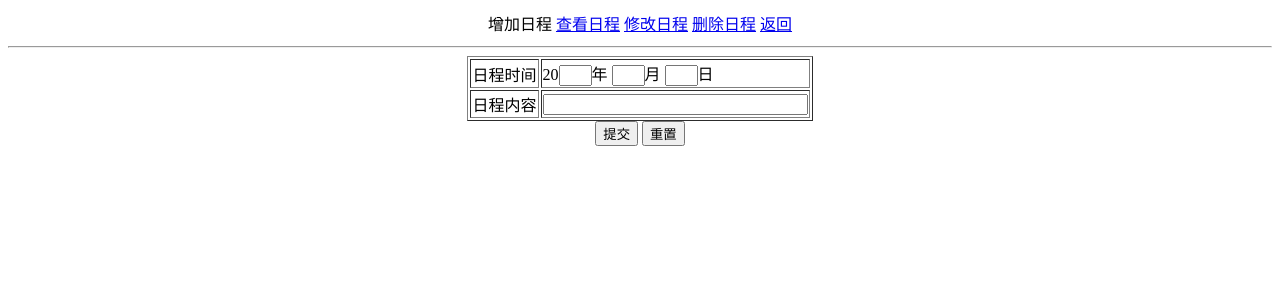
Repository: zy840055899/old-workspace
Page: http://localhost/PIMS/dateManager/addDate.jsp
These files come from the project's save history. The page is drawn as it stood at one moment and after the next save; the edit follows.
The browser window is 1280 px wide. The pictures show the whole page.
The page is served by Tomcat 9.

Above is the page before, as saved 2014-03-17 04:12:14.

After the next save:
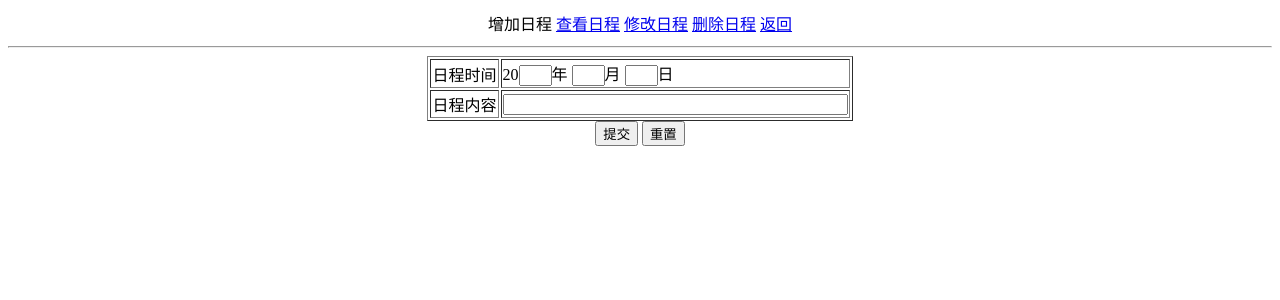
Saved 5 s later.
--- a/PIMS/WebContent/dateManager/addDate.jsp
+++ b/PIMS/WebContent/dateManager/addDate.jsp
@@ -37,7 +37,7 @@
 
 <tr>
 <td>日程内容</td>
-<td><input type="text" name="thing" size="30"></td>
+<td><input type="text" name="thing" size="40"></td>
 </tr>
 
 </table>
